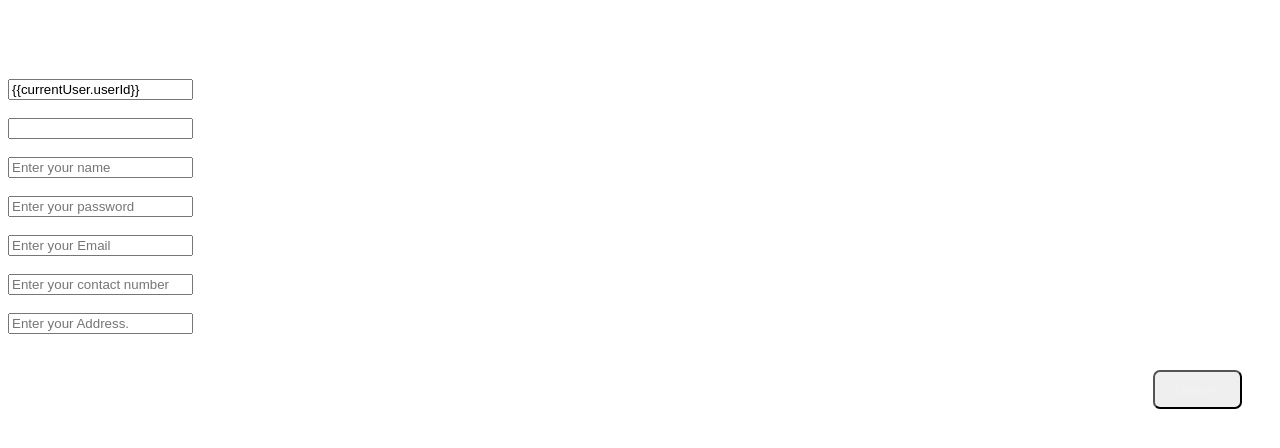
Repository: shailaja1601/collaborative_project
Page: CollabarationFrontEnd/WebContent/user/my_profile.html
These files come from the project's save history. The page is drawn as it stood at one moment and after the next save; the edit follows.
The browser window is 1280 px wide. The pictures show the whole page.

Above is the page before, as saved 2017-02-03 11:27:02.

### CollabarationFrontEnd/WebContent/user/my_profile.html
<head>
<style>

h3,label{
color:white;
}

.panel-body{
margin-top:20px;
 border-radius: 20px;
background-color:rgba(255,255,255,0.1);
}

 .btn {
      padding: 10px 20px;
      color: #f1f1f1;
      border-radius: 7px;
      transition: .2s;
      float:right;
      margin-right:30px;
  }
  .btn:hover, .btn:focus {
      border: 1px solid #333;
      background-color: #66CDAA;
      color: #000;
  }
</style>
</head>
<body>
	<div data-ng-controller="UserController as ctrl">
<div class="col-md-6 col-md-offset-3">
			<div class="panel panel-body">

					<h3>My Profile </h3>

				<div class="formcontainer">
					<form data-ng-submit="ctrl.updateUser()" name="myForm" class="form-horizontal">


							<div class="form-group col-md-12">
								<label class="col-sm-2 control-lable" for="userId">ID</label>
								<div class="col-md-10">
								<!-- data-ng-bind="ctrl.user.userId" -->
									<input type="text"  value={{currentUser.userId}} data-ng-model="ctrl.user.userId" id="userId"
										class="userid form-control input-sm"
										placeholder="Enter your ID" required data-ng-minlength="3" />
								</div>

						</div>

                           <div class="form-group col-md-12">
								<label class="col-sm-2 control-lable" for="role">Role</label>
								<div class="col-md-10">  <!-- value= {{currentUser.role}} -->
									<input type="text"   data-ng-bind="ctrl.user.role" data-ng-model="ctrl.user.role" id="role"
										class="userid form-control input-sm"
										required
       data-ng-disabled="true" />
								</div>

						</div>



							<div class="form-group col-md-12">
								<label class="col-sm-2 control-lable" for="name">Name</label>
								<div class="col-md-10">   <!-- value= {{currentUser.name}}  -->
									<input type="text"  data-ng-bind="ctrl.user.name" data-ng-model="ctrl.user.name" id="name"
										class="username form-control input-sm"
										placeholder="Enter your name" required data-ng-minlength="3" />
								</div>
							</div>



							<div class="form-group col-md-12">
								<label class="col-sm-2 control-lable" for="password">Password</label>
								<div class="col-md-10">  <!-- value= {{currentUser.password}} -->
									<input type="password"  data-ng-bind="ctrl.user.password" data-ng-model="ctrl.user.password"
										id="password" class="username form-control input-sm"
										placeholder="Enter your password" required data-ng-minlength="3" />
								</div>
							</div>




							<div class="form-group col-md-12">
								<label class="col-sm-2 control-lable" for="mailID">Email</label>
								<div class="col-md-10">  <!-- value= {{currentUser.mailID}} -->
									<input type="email"  data-ng-bind="ctrl.user.mailID" data-ng-model="ctrl.user.mailID" id="mailID"
										class="email form-control input-sm"
										placeholder="Enter your Email" required />

								</div>
							</div>

							<div class="form-group col-md-12">
								<label class="col-sm-2 control-lable" for="mobile">Mobile</label>
								<div class="col-md-10">  <!-- value= {{currentUser.mobile}} -->
									<input type="tel"  data-ng-bind="ctrl.user.mobile" data-ng-model="ctrl.user.mobile" id="mobile"
										class="mobile form-control input-sm"
										placeholder="Enter your contact number" required />

								</div>
							</div>

							 <div class="form-group col-md-12">
								<label class="col-sm-2 control-lable" for="address">Address</label>
								<div class="col-md-10">  <!-- value= {{currentUser.address}} -->
									<input type="text"   width="100" height="50"
									  data-ng-model="ctrl.user.address"
										data-ng-bind="ctrl.user.address" id="address"
										class="form-control input-sm"
										placeholder="Enter your Address." />
								</div>
							</div>
						<br><br>
						<div class="form-actions">
					<button class="btn btn-primary" type="submit">
						<i class="fa fa-user-circle"
							style="font-size: 17px;"></i> <b>Update</b>
					</button>
							</div>
							</form>
					</div>
				</div>
			</div>
</div>





</body>

After the next save:
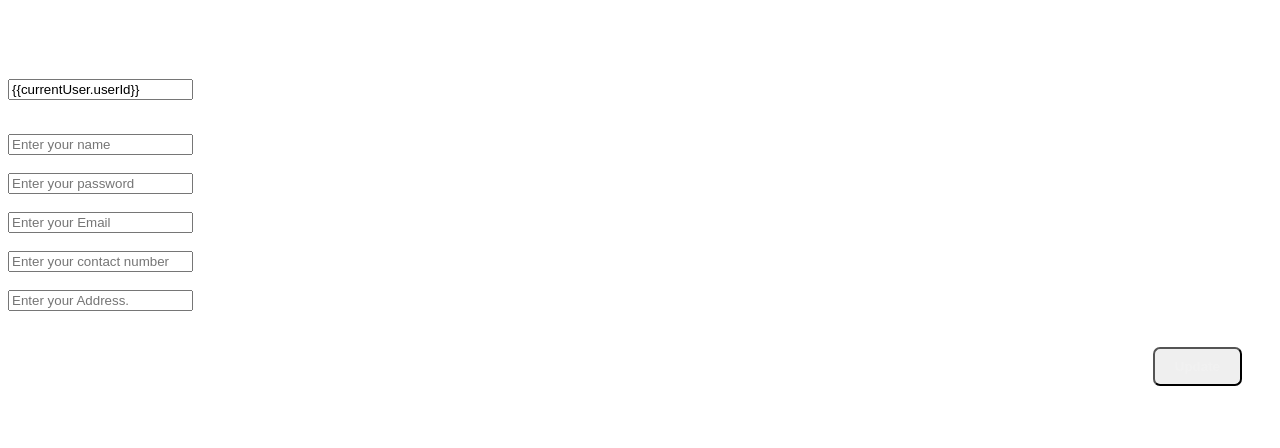
Saved 34 s later.
--- a/CollabarationFrontEnd/WebContent/user/my_profile.html
+++ b/CollabarationFrontEnd/WebContent/user/my_profile.html
@@ -48,14 +48,14 @@ background-color:rgba(255,255,255,0.1);
 
 						</div>
 
-                           <div class="form-group col-md-12">
+                           <!-- <div class="form-group col-md-12">
 								<label class="col-sm-2 control-lable" for="role">Role</label>
-								<div class="col-md-10">  <!-- value= {{currentUser.role}} -->
+								<div class="col-md-10">  value= {{currentUser.role}}
 									<input type="text"   data-ng-bind="ctrl.user.role" data-ng-model="ctrl.user.role" id="role"
 										class="userid form-control input-sm"
 										required
        data-ng-disabled="true" />
-								</div>
+								</div> -->
 
 						</div>
 
